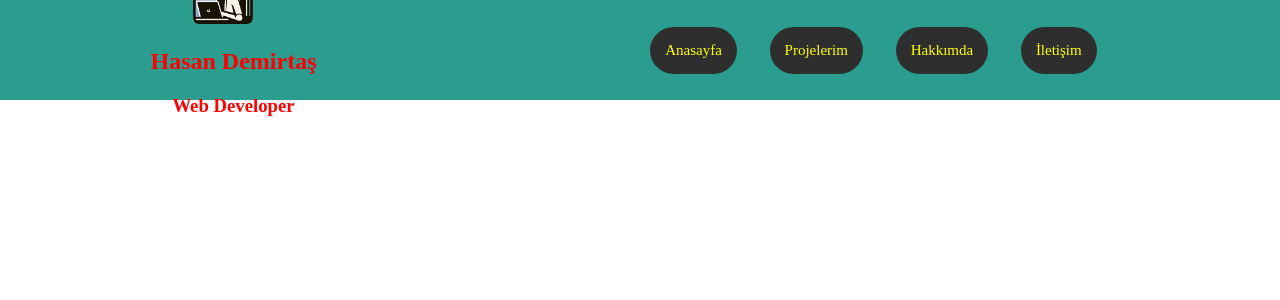
Repository: 0hasandemirtas/react-odev
Page: /
The author's editor kept a copy of each file at every save. The page is drawn from the files as they stood at one save, then again after the next save.
The browser window is 1280 px wide. The pictures show the whole page.
The project was rebuilt for these pictures with package versions that can differ from the ones it lists, and the page was loaded fresh each time.

Above is the page before, as saved 2024-06-16 17:55:57.

After the next save:
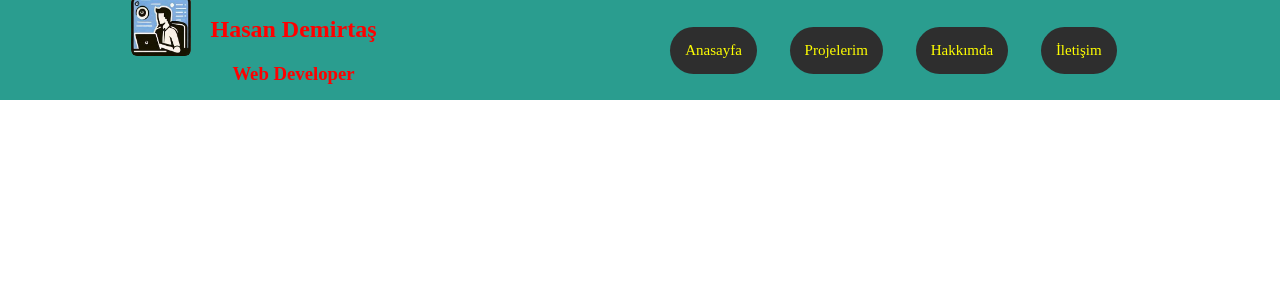
Saved 15 s later.
--- a/src/components/header/index.js
+++ b/src/components/header/index.js
@@ -6,11 +6,11 @@ const Header = ()=>{
   return (
     <div className={classes.container}>
 
-      <div>
+      <div className={classes.logoContainer}>
           <img  className={classes.logo} src="./images/logo2.png" />
           <div>
-          <h2>Hasan Demirtaş</h2>
-          <h3>Web Developer</h3>
+            <h2>Hasan Demirtaş</h2>
+            <h3>Web Developer</h3>
           </div>
       </div>
       <div  className={classes.titleContainer}>
